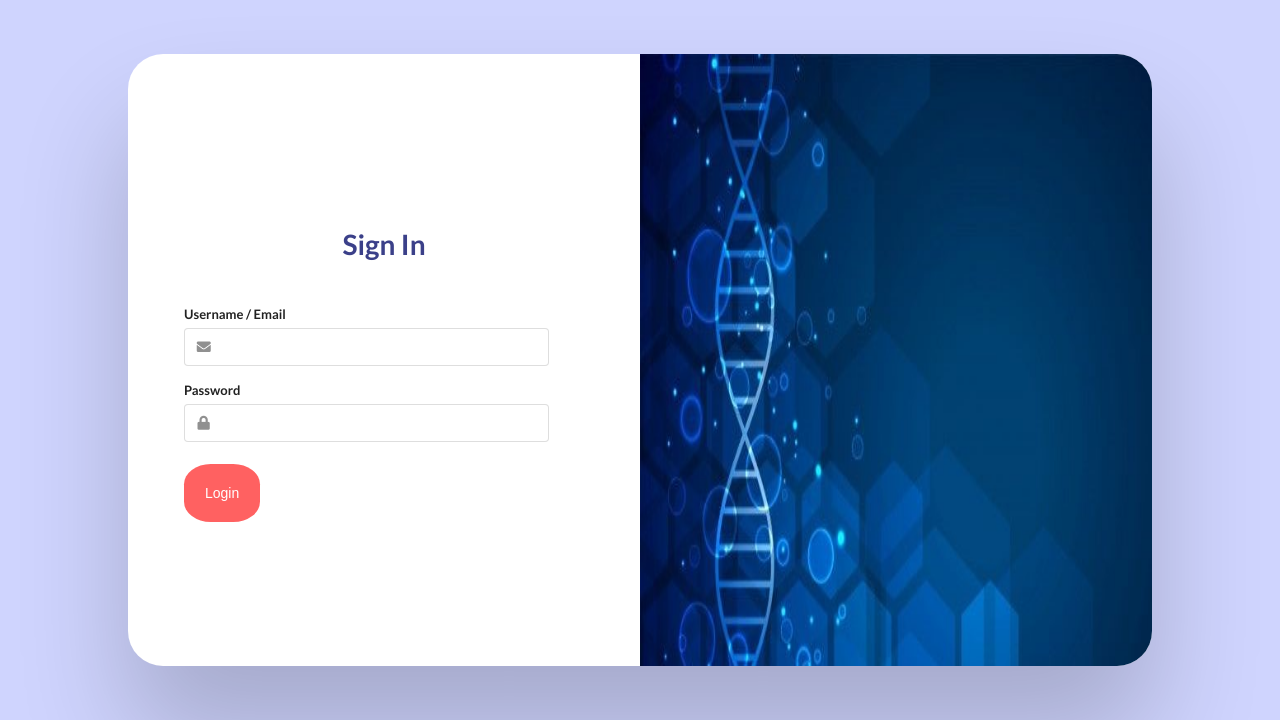
Repository: ajayaj2001/healthcare-digitization
Page: /
An editor plug-in stored every save of this project. The page is shown before and after the next save, followed by the edit.
The browser window is 1280 px wide. The pictures show the whole page.
The project was rebuilt for these pictures with package versions that can differ from the ones it lists, and the page was loaded fresh each time. Also part of the build but not shown: src/component/userType/UserType.scss, src/component/userType/UserType.js.

Above is the page before, as saved 2021-03-12 21:19:09.

After the next save:
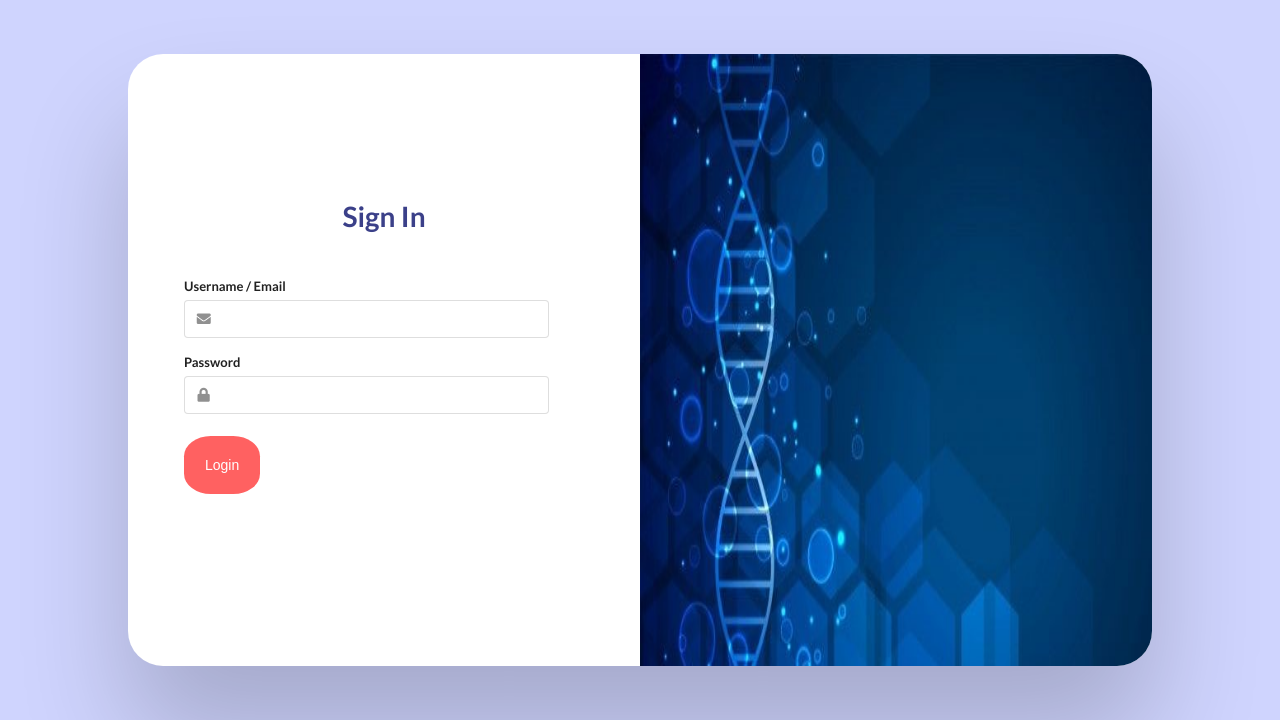
Saved 6 s later.
--- a/src/component/login/Login.scss
+++ b/src/component/login/Login.scss
@@ -23,7 +23,7 @@
     &__signin {
         display: flex;
         flex-direction: column;
-        margin-top: 2rem;
+        margin-bottom: 2rem;
         &--form {
             height: 70%;
         }
